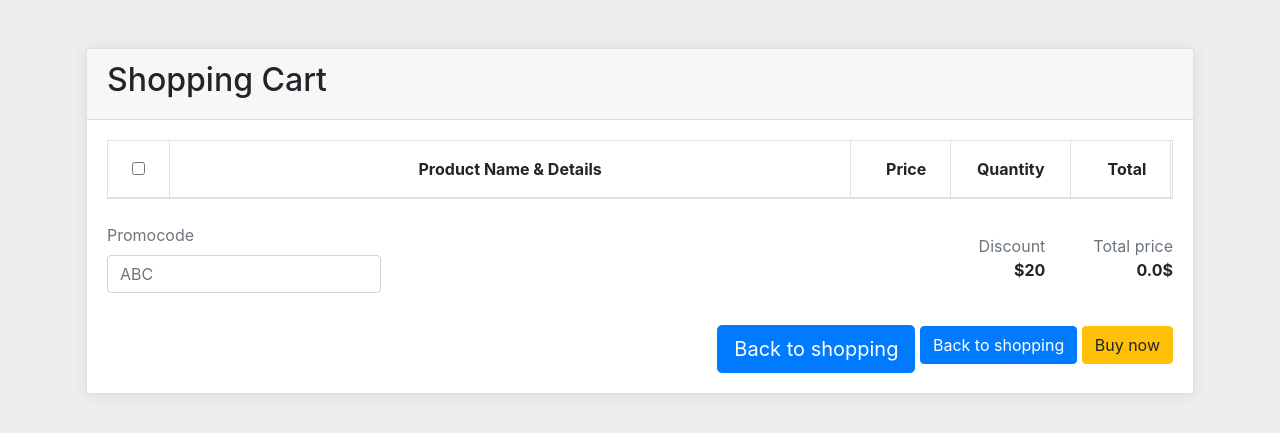
Repository: Szers222/MyProject
Page: http://localhost/MyProject/cart.jsp
These files come from the project's save history. The page is drawn as it stood at one moment and after the next save; the edit follows.
The browser window is 1280 px wide. The pictures show the whole page.
Some web libraries are served in a nearby version. The page is served by Tomcat 10. Other server files are loaded and not shown. The template is opened directly, without the code that normally fills it, so the values that code supplies are empty.

Above is the page before, as saved 2023-12-13 11:23:27.

### MyProject/src/main/webapp/cart.jsp
<%@page import="java.util.ArrayList"%>
<%@page import="core.Watch"%>
<%@ page language="java" contentType="text/html; charset=UTF-8"
	pageEncoding="UTF-8"%>
<%@taglib prefix="c" uri="http://java.sun.com/jsp/jstl/core"%>
<!DOCTYPE html>
<html>
<head>
<title>Shopping Cart</title>
<meta charset="utf-8">
<meta name="viewport" content="width=device-width, initial-scale=1">
<link rel="stylesheet"
	href="https://maxcdn.bootstrapcdn.com/bootstrap/4.0.0/css/bootstrap.min.css">
<link href="https://fonts.googleapis.com/css?family=Montserrat"
	rel="stylesheet">

<style type="text/css">
.shopping-cart {
	padding-bottom: 50px;
	font-family: 'Montserrat', sans-serif;
}

.shopping-cart.dark {
	background-color: #f6f6f6;
}

.shopping-cart .content {
	box-shadow: 0px 2px 10px rgba(0, 0, 0, 0.075);
	background-color: white;
}

.shopping-cart .block-heading {
	padding-top: 50px;
	margin-bottom: 40px;
	text-align: center;
}

.shopping-cart .block-heading p {
	text-align: center;
	max-width: 420px;
	margin: auto;
	opacity: 0.7;
}

.shopping-cart .dark .block-heading p {
	opacity: 0.8;
}

.shopping-cart .block-heading h1, .shopping-cart .block-heading h2,
	.shopping-cart .block-heading h3 {
	margin-bottom: 1.2rem;
	color: #3b99e0;
}

.shopping-cart .items {
	margin: auto;
}

.shopping-cart .items .product {
	margin-bottom: 20px;
	padding-top: 20px;
	padding-bottom: 20px;
}

.shopping-cart .items .product .info {
	padding-top: 0px;
	text-align: center;
}

.shopping-cart .items .product .info .product-name {
	font-weight: 600;
}

.shopping-cart .items .product .info .product-name .product-info {
	font-size: 14px;
	margin-top: 15px;
}

.shopping-cart .items .product .info .product-name .product-info .value
	{
	font-weight: 400;
}

.shopping-cart .items .product .info .quantity .quantity-input {
	margin: auto;
	width: 80px;
}

.shopping-cart .items .product .info .price {
	margin-top: 15px;
	font-weight: bold;
	font-size: 22px;
}

.shopping-cart .summary {
	border-top: 2px solid #5ea4f3;
	background-color: #f7fbff;
	height: 100%;
	padding: 30px;
}

.shopping-cart .summary h3 {
	text-align: center;
	font-size: 1.3em;
	font-weight: 600;
	padding-top: 20px;
	padding-bottom: 20px;
}

.shopping-cart .summary .summary-item:not(:last-of-type) {
	padding-bottom: 10px;
	padding-top: 10px;
	border-bottom: 1px solid rgba(0, 0, 0, 0.1);
}

.shopping-cart .summary .text {
	font-size: 1em;
	font-weight: 600;
}

.shopping-cart .summary .price {
	font-size: 1em;
	float: right;
}

.shopping-cart .summary button {
	margin-top: 20px;
}

@media ( min-width : 768px) {
	.shopping-cart .items .product .info {
		padding-top: 25px;
		text-align: left;
	}
	.shopping-cart .items .product .info .price {
		font-weight: bold;
		font-size: 22px;
		top: 17px;
	}
	.shopping-cart .items .product .info .quantity {
		text-align: center;
	}
	.shopping-cart .items .product .info .quantity .quantity-input {
		padding: 4px 10px;
		text-align: center;
	}
}
</style>
<style type="text/css">
body {
	margin-top: 20px;
	background: #eee;
}

.ui-w-40 {
	width: 40px !important;
	height: auto;
}

.card {
	box-shadow: 0 1px 15px 1px rgba(52, 40, 104, .08);
}

.ui-product-color {
	display: inline-block;
	overflow: hidden;
	margin: .144em;
	width: .875rem;
	height: .875rem;
	border-radius: 10rem;
	-webkit-box-shadow: 0 0 0 1px rgba(0, 0, 0, 0.15) inset;
	box-shadow: 0 0 0 1px rgba(0, 0, 0, 0.15) inset;
	vertical-align: middle;
}
</style>
</head>

<body>

	<div class="container px-3 my-5 clearfix">
		<!-- Shopping cart table -->
		<div class="card">
			<div class="card-header">
				<h2>Shopping Cart</h2>
			</div>
			<div class="card-body">
				<div class="table-responsive">
					<table class="table table-bordered m-0">
						<thead>
							<tr>
								<!-- Add a new column for the checkbox -->
								<th class="text-center py-3 px-4" style="width: 40px;"><input
									type="checkbox" id="selectAll" onclick="selectAllItems()">
								</th>
								<th class="text-center py-3 px-4" style="min-width: 400px;">Product
									Name &amp; Details</th>
								<th class="text-right py-3 px-4" style="width: 100px;">Price</th>
								<th class="text-center py-3 px-4" style="width: 120px;">Quantity</th>
								<th class="text-right py-3 px-4" style="width: 100px;">Total</th>
								<th class="text-center align-middle py-3 px-0"><a href="#"
									class="shop-tooltip float-none text-light" title=""
									data-original-title="Clear cart"> <i
										class="ino ion-md-trash"></i>
								</a></th>
							</tr>
						</thead>
						<tbody>
							<!-- Sử dụng forEach để lặp qua danh sách sản phẩm từ Servlet -->
							<% ArrayList<Watch> watchList = (ArrayList<Watch>) session.getAttribute("watchList"); %>
							<% Double gettotalAll = (Double) session.getAttribute("getTotalAll");
        double totalAll = (gettotalAll != null) ? gettotalAll : 0;
    %>

							<c:forEach items="${watchList}" var="item">
								<tr>
									<!-- Add a checkbox for each item -->
									<td class="text-center py-3 px-4"><input type="checkbox"
										name="selectedItems" value="${item.watchId}"></td>
									<td class="p-4">
										<div class="media align-items-center">
											<img src="images/${item.watchImage}"
												class="d-block ui-w-40 ui-bordered mr-4" alt="">
											<div class="media-body">
												<a href="#" class="d-block text-dark">${item.watchName}</a>
												<small> <span class="text-muted">Color:</span> <span
													class="ui-product-color ui-product-color-sm align-text-bottom"
													style="background:;"></span> &nbsp; <span
													class="text-muted">Size: </span> &nbsp; <span
													class="text-muted">Ships from: </span>
												</small>
											</div>
										</div>
									</td>
									<td class="text-right font-weight-semibold align-middle p-4">${item.watchPrice}
									</td>
									<td class="align-middle p-4"><input type="number"
										class="form-control text-center" value="${item.getQuantity()}"
										onchange="updateQuantity(${item.watchId}, this.value)">
									</td>
									<td class="text-right font-weight-semibold align-middle p-4"
										id="totalValue">${item.getTotal()}</td>
									<td class="text-center align-middle px-0"><a
										href="CartServlet?action=remove&id=${item.watchId}&total=<%= totalAll %>"
										class="shop-tooltip close float-none text-danger" title=""
										data-original-title="Remove">×</a></td>
								</tr>
							</c:forEach>
						</tbody>
					</table>
				</div>
				<!-- / Shopping cart table -->

				<div
					class="d-flex flex-wrap justify-content-between align-items-center pb-4">
					<div class="mt-4">
						<label class="text-muted font-weight-normal">Promocode</label> <input
							type="text" placeholder="ABC" class="form-control">
					</div>
					<div class="d-flex">
						<div class="text-right mt-4 mr-5">
							<label class="text-muted font-weight-normal m-0">Discount</label>
							<div class="text-large">
								<strong>$20</strong>
							</div>
						</div>
						<div class="text-right mt-4">
							<label class="text-muted font-weight-normal m-0">Total
								price</label>
							<div class="text-large" id="totalPrice">
								<strong><%= totalAll %>$</strong>
							</div>
						</div>
					</div>
				</div>

				<div class="float-right">
					<a href="index.jsp" class="btn btn-lg btn-primary mt-2">Back to
						shopping</a>
						<a
						href="index.jsp" class="btn btn-primary shadow-0"> <i
						class="me-1 fa fa-shopping-basket"></i> Back to
						shopping
					</a>
					<a href="#" class="btn btn-warning shadow-0"> Buy now </a>
				</div>

			</div>
		</div>
	</div>

	<script src="https://code.jquery.com/jquery-3.2.1.min.js"></script>


</body>
</html>

After the next save:
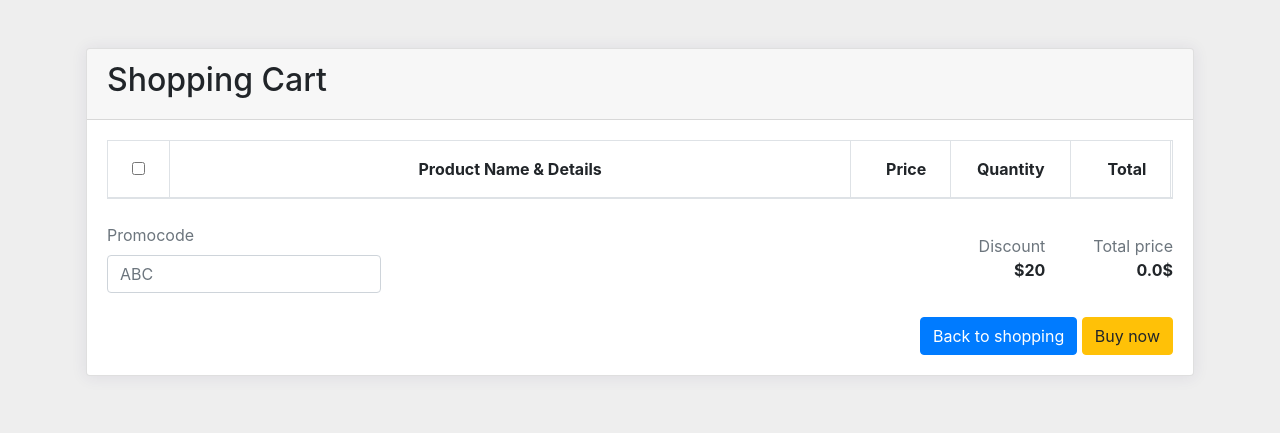
Saved 7 s later.
--- a/MyProject/src/main/webapp/cart.jsp
+++ b/MyProject/src/main/webapp/cart.jsp
@@ -274,8 +274,6 @@ body {
 				</div>
 
 				<div class="float-right">
-					<a href="index.jsp" class="btn btn-lg btn-primary mt-2">Back to
-						shopping</a>
 						<a
 						href="index.jsp" class="btn btn-primary shadow-0"> <i
 						class="me-1 fa fa-shopping-basket"></i> Back to
